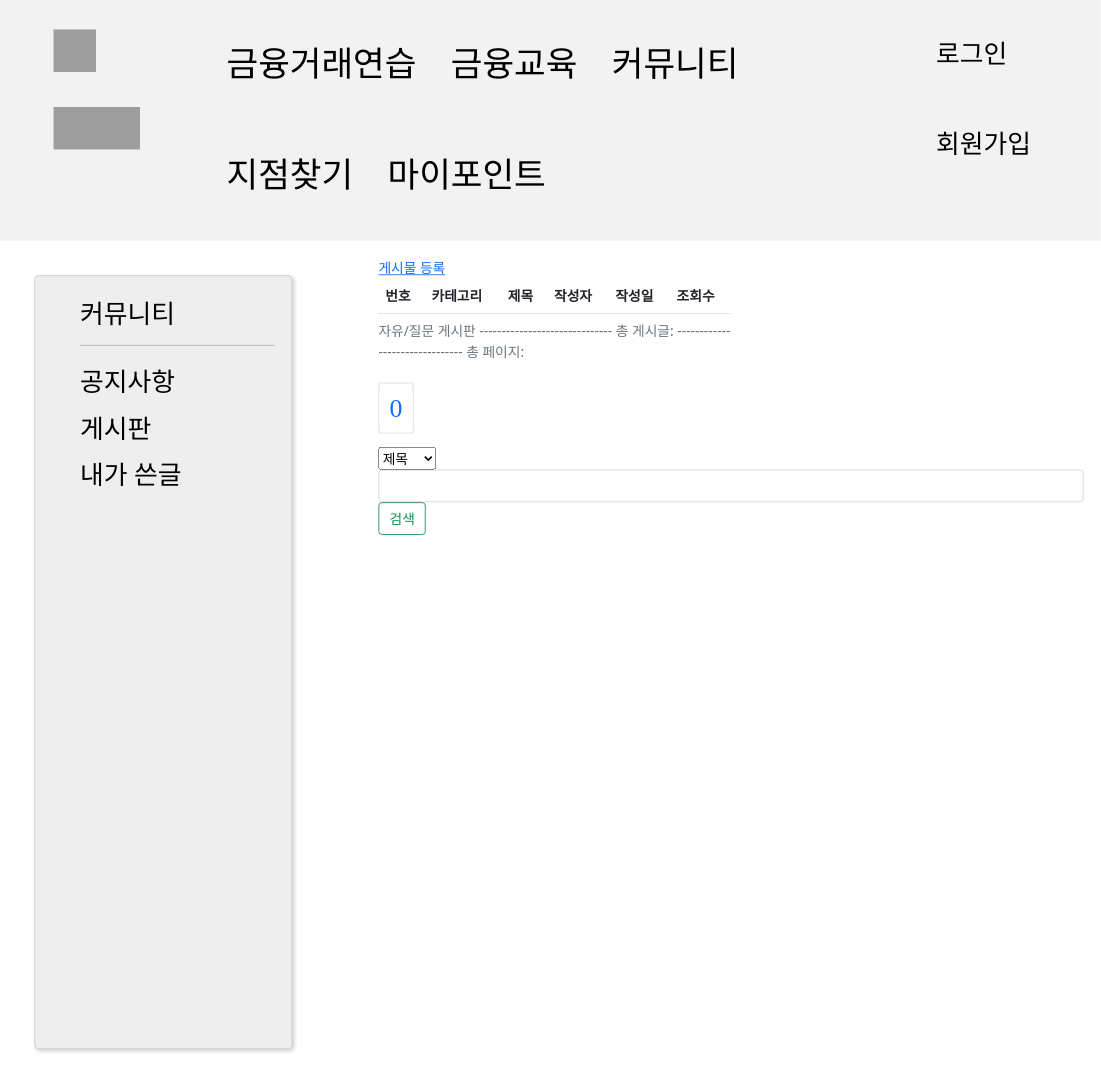
Repository: syc98syc/KB04_TeamProject
Page: http://localhost/jgig/WEB-INF/jsp/board/list.jsp
These files come from the project's save history. The page is drawn as it stood at one moment and after the next save; the edit follows.
The browser window is 1280 px wide. The pictures show the whole page, at 86% of full size.
Pictures or frames that could not be fetched are drawn as grey boxes. Some web fonts or font styles are not loaded; a fallback is used. The page is served by Tomcat 9. Nobody is signed in. The template is opened directly, without the code that normally fills it, so the values that code supplies are empty.

Above is the page before, as saved 2023-09-08 05:15:48.

After the next save:
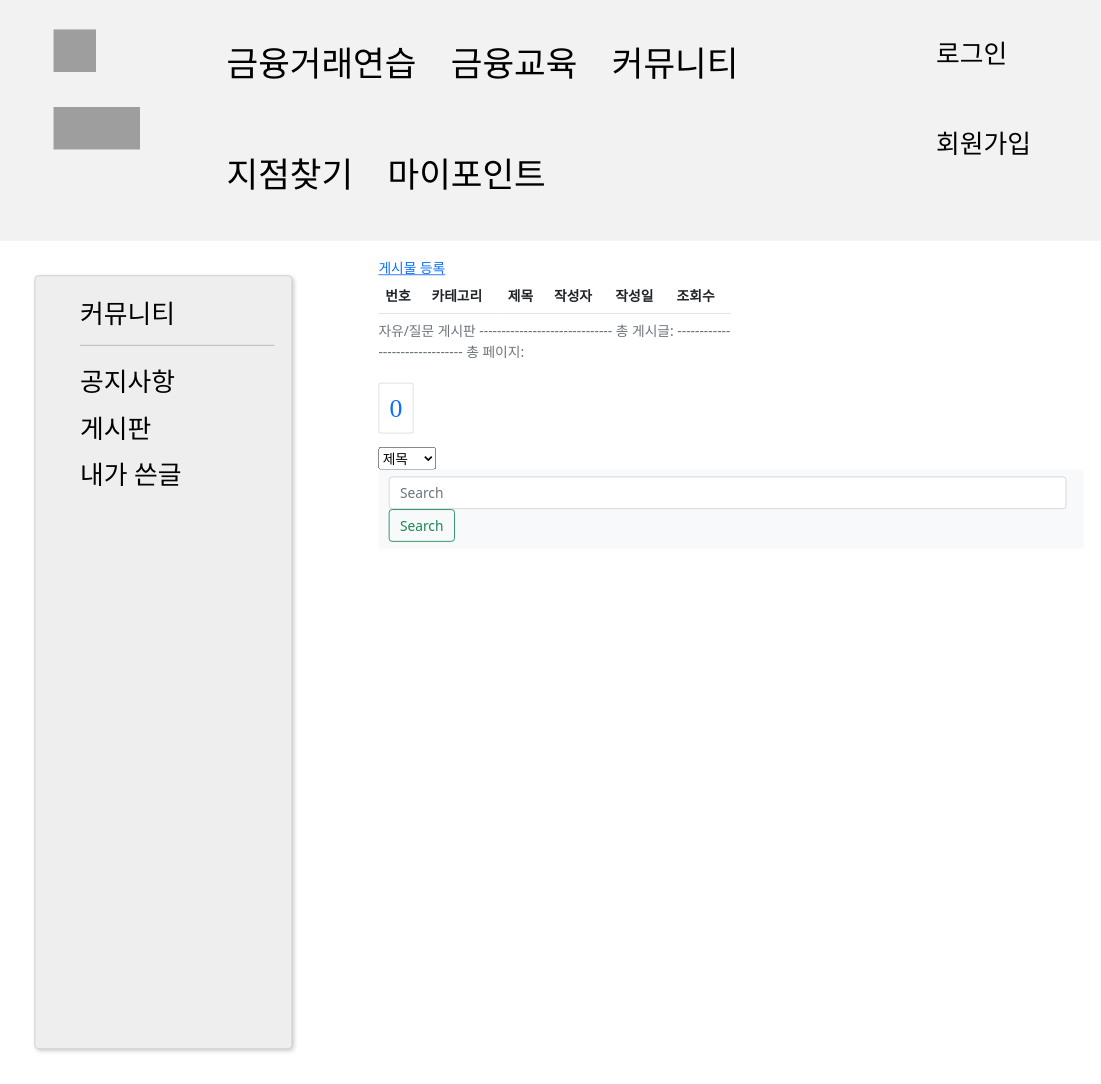
Saved 27 s later.
--- a/jgig/src/main/webapp/WEB-INF/jsp/board/list.jsp
+++ b/jgig/src/main/webapp/WEB-INF/jsp/board/list.jsp
@@ -60,8 +60,14 @@
 				<option value="title">제목</option>
 				<option value="mem_id">작성자</option>
 			</select>
-			<input class="form-control me-2" type="text" name="searchBox">
-			<button class="btn btn-outline-success" type="submit">검색</button>
+			<nav class="navbar navbar-light bg-light">
+  <div class="container-fluid">
+    <form class="d-flex">
+      <input class="form-control me-2" type="search" placeholder="Search" aria-label="Search">
+      <button class="btn btn-outline-success" type="submit">Search</button>
+    </form>
+  </div>
+</nav>
 		</fieldset>
 	</form>
 </div>
